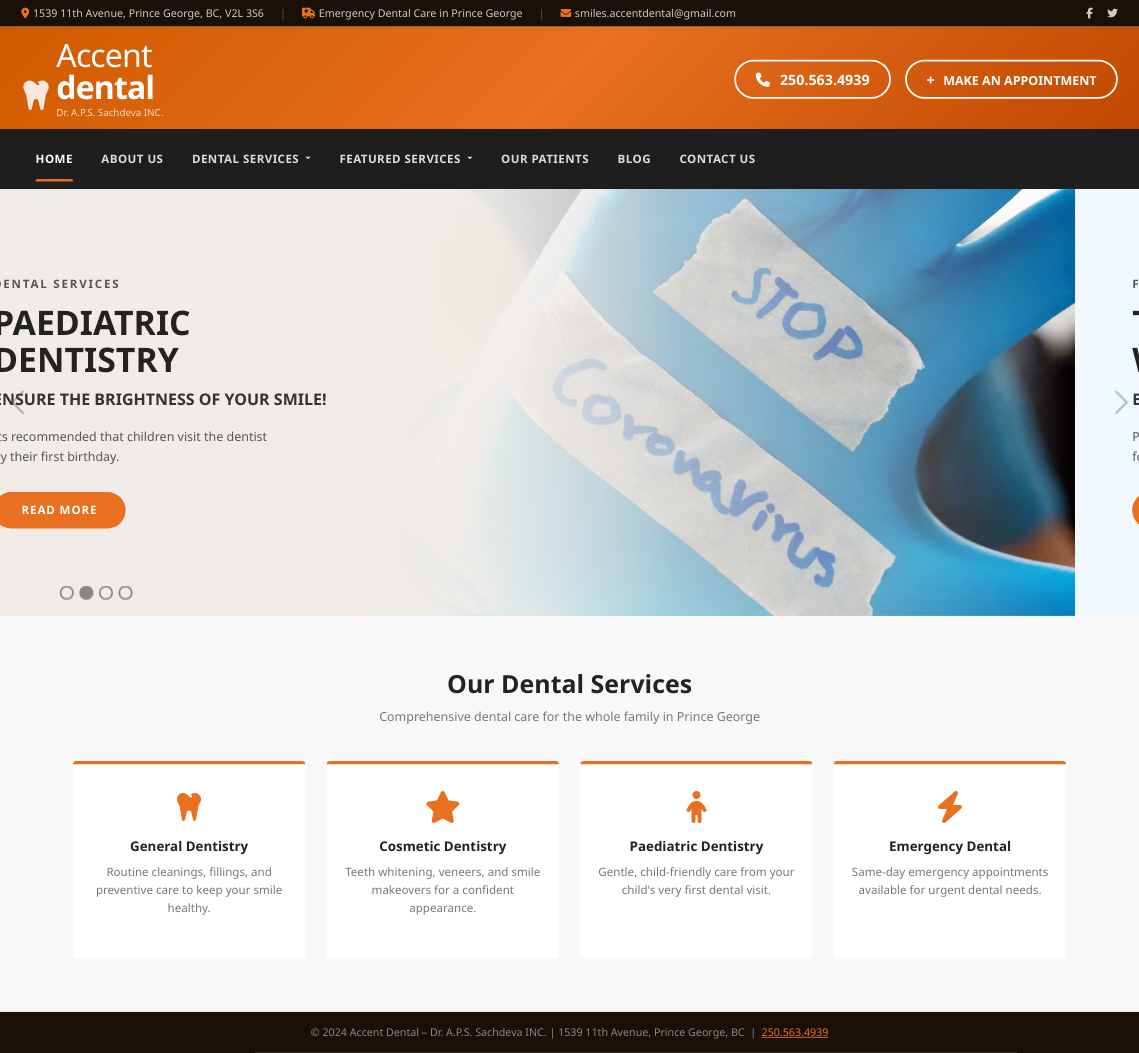
Repository: LaavKush/Dentofy
Page: index.html
An editor plug-in stored every save of this project. The page is shown before and after the next save, followed by the edit.
The browser window is 1280 px wide. The pictures show the whole page, at 89% of full size.

Above is the page before, as saved 2026-06-27 22:17:01.

### index.html
<!DOCTYPE html>
<html lang="en">
<head>
  <meta charset="UTF-8" />
  <meta name="viewport" content="width=device-width, initial-scale=1.0"/>
  <title>Accent Dental – Dr. A.P.S. Sachdeva INC.</title>
  <link rel="stylesheet" href="https://cdnjs.cloudflare.com/ajax/libs/bootstrap/5.3.2/css/bootstrap.min.css"/>
  <link rel="stylesheet" href="https://cdnjs.cloudflare.com/ajax/libs/font-awesome/6.5.0/css/all.min.css"/>
  <link rel="stylesheet" href="assets/css/style.css">
</head>
<body>

<!-- ══════════ TOP BAR ══════════ -->
<div class="top-bar">
  <div class="container-fluid px-3 px-md-4">
    <div class="d-flex align-items-center justify-content-between flex-wrap gap-2">
      <div class="d-flex align-items-center gap-1 flex-wrap">
        <i class="fas fa-location-dot" style="color:#e87020"></i>
        <span>1539 11th Avenue, Prince George, BC, V2L 3S6</span>
        <span class="sep d-none d-md-inline">|</span>
        <i class="fas fa-ambulance d-none d-md-inline" style="color:#e87020"></i>
        <span class="d-none d-md-inline">Emergency Dental Care in Prince George</span>
        <span class="sep d-none d-md-inline">|</span>
        <i class="fas fa-envelope d-none d-md-inline" style="color:#e87020"></i>
        <span class="d-none d-md-inline">smiles.accentdental@gmail.com</span>
      </div>
      <div class="d-flex gap-3">
        <a href="#"><i class="fab fa-facebook-f"></i></a>
        <a href="#"><i class="fab fa-twitter"></i></a>
      </div>
    </div>
  </div>
</div>

<!-- ══════════ MAIN HEADER ══════════ -->
<header class="main-header">
  <div class="container-fluid px-3 px-md-4">
    <div class="d-flex align-items-center justify-content-between flex-wrap gap-3">
      <!-- Logo -->
      <div class="logo-wrap">
        <div class="logo-icon"><i class="fas fa-tooth"></i></div>
        <div>
          <div class="logo-text"><span>Accent</span><br>dental</div>
          <div class="logo-subtitle">Dr. A.P.S. Sachdeva INC.</div>
        </div>
      </div>
      <!-- CTA buttons -->
      <div class="d-flex align-items-center gap-3 flex-wrap">
        <a href="tel:2505634939" class="btn btn-phone"><i class="fas fa-phone"></i> 250.563.4939</a>
        <a href="#" class="btn btn-appt"><span style="font-size:16px;margin-right:6px">+</span> MAKE AN APPOINTMENT</a>
      </div>
    </div>
  </div>
</header>

<!-- ══════════ NAVBAR ══════════ -->
<nav class="main-nav navbar navbar-expand-lg">
  <div class="container-fluid px-3 px-md-4">
    <button class="navbar-toggler" type="button"
      data-bs-toggle="collapse" data-bs-target="#mainMenu"
      aria-controls="mainMenu" aria-expanded="false" aria-label="Toggle navigation">
      <span class="navbar-toggler-icon"></span>
    </button>
    <div class="collapse navbar-collapse" id="mainMenu">
      <ul class="navbar-nav me-auto">
        <li class="nav-item active">
          <a class="nav-link active" href="#">HOME</a>
        </li>
        <li class="nav-item">
          <a class="nav-link" href="#">ABOUT US</a>
        </li>
        <!-- Dental Services dropdown -->
        <li class="nav-item dropdown">
          <a class="nav-link dropdown-toggle" href="#" role="button"
            data-bs-toggle="dropdown" aria-expanded="false">
            DENTAL SERVICES
          </a>
          <ul class="dropdown-menu">
            <li><a class="dropdown-item" href="#">Cleaning & Prevention</a></li>
            <li><a class="dropdown-item" href="#">Restorative Dentistry</a></li>
            <li><a class="dropdown-item" href="#">Cosmetic Dentistry</a></li>
            <li><a class="dropdown-item" href="#">Paediatric Dentistry</a></li>
            <li><a class="dropdown-item" href="#">Periodontal Treatment</a></li>
            <li><a class="dropdown-item" href="#">Oral Surgery</a></li>
            <li><a class="dropdown-item" href="#">Dental Emergencies</a></li>
          </ul>
        </li>
        <!-- Featured Services dropdown -->
        <li class="nav-item dropdown">
          <a class="nav-link dropdown-toggle" href="#" role="button"
            data-bs-toggle="dropdown" aria-expanded="false">
            FEATURED SERVICES
          </a>
          <ul class="dropdown-menu">
            <li><a class="dropdown-item" href="#">3DNG PMMA NIGHTGUARD</a></li>
            <li><a class="dropdown-item" href="#">Teeth Whitening</a></li>
            <li><a class="dropdown-item" href="#">Dental Diamonds</a></li>
            <li><a class="dropdown-item" href="#">Dental Implants</a></li>
            <li><a class="dropdown-item" href="#">Laser Dentistry</a></li>
            <li><a class="dropdown-item" href="#">Veneers</a></li>
            <li><a class="dropdown-item" href="#">Clear Braces</a></li>
            <li><a class="dropdown-item" href="#">BOTOX® Cosmetic Dentistry</a></li>
            <li><a class="dropdown-item" href="#">TMD, Headaches, and Chronic Head &amp; Neck Pain</a></li>
            <li><a class="dropdown-item" href="#">3D Imaging</a></li>
            <li><a class="dropdown-item" href="#">Anesthetic Reversal</a></li>
            <li><a class="dropdown-item" href="#">Diagnodent</a></li>
            <li><a class="dropdown-item" href="#">Invisalign</a></li>
            <li><a class="dropdown-item" href="#">Digital X-rays</a></li>
            <li><a class="dropdown-item" href="#">Sealants</a></li>
          </ul>
        </li>
        <li class="nav-item">
          <a class="nav-link" href="#">OUR PATIENTS</a>
        </li>
        <li class="nav-item">
          <a class="nav-link" href="#">BLOG</a>
        </li>
        <li class="nav-item">
          <a class="nav-link" href="#">CONTACT US</a>
        </li>
      </ul>
    </div>
  </div>
</nav>

<!-- ══════════ HERO SLIDER ══════════ -->
<div id="heroSlider" class="carousel slide" data-bs-ride="carousel" data-bs-interval="5000">
  <!-- Indicators -->
  <div class="carousel-indicators">
    <button type="button" data-bs-target="#heroSlider" data-bs-slide-to="0" class="active"></button>
    <button type="button" data-bs-target="#heroSlider" data-bs-slide-to="1"></button>
    <button type="button" data-bs-target="#heroSlider" data-bs-slide-to="2"></button>
    <button type="button" data-bs-target="#heroSlider" data-bs-slide-to="3"></button>
  </div>

  <div class="carousel-inner">
    <!-- Slide 1 – Paediatric Dentistry -->
    <div class="carousel-item active">
      <div class="slide-item" style="background-image: url('assets/images/slide_01.jpg'); background-size: cover; background-position: center;">
        <div style="position:absolute;inset:0;background:linear-gradient(to right,rgba(240,235,230,.97) 40%,rgba(240,235,230,.5) 65%,transparent 100%);z-index:1;"></div>
        <div class="slide-content">
          <div class="slide-eyebrow">Dental Services</div>
          <div class="slide-title">PAEDIATRIC<br>DENTISTRY</div>
          <div class="slide-subtitle">Ensure the Brightness of Your Smile!</div>
          <p class="slide-desc">Its recommended that children visit the dentist<br>by their first birthday.</p>
          <a href="#" class="btn-read-more">READ MORE</a>
        </div>
      </div>
    </div>

    <!-- Slide 2 – Teeth Whitening -->
    <div class="carousel-item">
      <div class="slide-item" style="background-image: url('assets/images/slide_02.jpg'); background-size: cover; background-position: center;">
        <div style="position:absolute;inset:0;background:linear-gradient(to right,rgba(240,248,255,.97) 40%,rgba(240,248,255,.5) 65%,transparent 100%);z-index:1;"></div>
        <div class="slide-content">
          <div class="slide-eyebrow">Featured Services</div>
          <div class="slide-title">TEETH<br>WHITENING</div>
          <div class="slide-subtitle">Brighten Your Smile Today!</div>
          <p class="slide-desc">Professional teeth whitening treatments<br>for a radiant, confident smile.</p>
          <a href="#" class="btn-read-more">READ MORE</a>
        </div>
      </div>
    </div>

    <!-- Slide 3 – Dental Implants -->
    <div class="carousel-item">
      <div class="slide-item" style="background-image: url('assets/images/slide_03.jpg'); background-size: cover; background-position: center;">
        <div style="position:absolute;inset:0;background:linear-gradient(to right,rgba(240,245,238,.97) 40%,rgba(240,245,238,.5) 65%,transparent 100%);z-index:1;"></div>
        <div class="slide-content">
          <div class="slide-eyebrow">Advanced Care</div>
          <div class="slide-title">DENTAL<br>IMPLANTS</div>
          <div class="slide-subtitle">Restore Your Natural Smile!</div>
          <p class="slide-desc">State-of-the-art dental implants that look,<br>feel, and function like natural teeth.</p>
          <a href="#" class="btn-read-more">READ MORE</a>
        </div>
      </div>
    </div>

    <!-- Slide 4 – Invisalign -->
    <div class="carousel-item">
      <!-- Using slide_01.jpg here as a placeholder since you have 3 image files -->
      <div class="slide-item" style="background-image: url('assets/images/slide_01.jpg'); background-size: cover; background-position: center;">
        <div style="position:absolute;inset:0;background:linear-gradient(to right,rgba(255,245,235,.97) 40%,rgba(255,245,235,.5) 65%,transparent 100%);z-index:1;"></div>
        <div class="slide-content">
          <div class="slide-eyebrow">Cosmetic Dentistry</div>
          <div class="slide-title">INVISALIGN<br>CLEAR BRACES</div>
          <div class="slide-subtitle">Straighten Teeth Invisibly!</div>
          <p class="slide-desc">Achieve your perfect smile with virtually<br>invisible, comfortable aligners.</p>
          <a href="#" class="btn-read-more">READ MORE</a>
        </div>
      </div>
    </div>
  </div>

  <!-- Controls -->
  <button class="carousel-control-prev" type="button" data-bs-target="#heroSlider" data-bs-slide="prev">
    <span class="carousel-control-prev-icon"></span>
  </button>
  <button class="carousel-control-next" type="button" data-bs-target="#heroSlider" data-bs-slide="next">
    <span class="carousel-control-next-icon"></span>
  </button>
</div>
<!-- ══════════ SERVICES SECTION ══════════ -->
<section class="services-section">
  <div class="container">
    <div class="text-center">
      <h2>Our Dental Services</h2>
      <p class="lead">Comprehensive dental care for the whole family in Prince George</p>
    </div>
    <div class="row g-4">
      <div class="col-sm-6 col-lg-3">
        <div class="service-card">
          <i class="fas fa-tooth"></i>
          <h5>General Dentistry</h5>
          <p>Routine cleanings, fillings, and preventive care to keep your smile healthy.</p>
        </div>
      </div>
      <div class="col-sm-6 col-lg-3">
        <div class="service-card">
          <i class="fas fa-star"></i>
          <h5>Cosmetic Dentistry</h5>
          <p>Teeth whitening, veneers, and smile makeovers for a confident appearance.</p>
        </div>
      </div>
      <div class="col-sm-6 col-lg-3">
        <div class="service-card">
          <i class="fas fa-child"></i>
          <h5>Paediatric Dentistry</h5>
          <p>Gentle, child-friendly care from your child's very first dental visit.</p>
        </div>
      </div>
      <div class="col-sm-6 col-lg-3">
        <div class="service-card">
          <i class="fas fa-bolt"></i>
          <h5>Emergency Dental</h5>
          <p>Same-day emergency appointments available for urgent dental needs.</p>
        </div>
      </div>
    </div>
  </div>
</section>

<!-- ══════════ FOOTER STRIP ══════════ -->
<footer class="footer-strip">
  © 2024 Accent Dental – Dr. A.P.S. Sachdeva INC. | 1539 11th Avenue, Prince George, BC &nbsp;|&nbsp;
  <a href="tel:2505634939" style="color:#e87020">250.563.4939</a>
</footer>

<script src="https://cdnjs.cloudflare.com/ajax/libs/bootstrap/5.3.2/js/bootstrap.bundle.min.js"></script>
</body>
</html>

### assets/css/style.css
 * { margin: 0; padding: 0; box-sizing: border-box; }
    body { font-family: 'Segoe UI', Arial, sans-serif; }

    /* ── TOP BAR ── */
    .top-bar {
      background: #1a1008;
      color: #ccc;
      font-size: 12px;
      padding: 6px 0;
    }
    .top-bar a { color: #ccc; text-decoration: none; }
    .top-bar a:hover { color: #fff; }
    .top-bar .sep { margin: 0 14px; opacity: .4; }

    /* ── HEADER ── */
    .main-header {
      background: linear-gradient(135deg, #d05a00 0%, #e87020 50%, #c04800 100%);
      padding: 14px 0 10px;
    }
    .logo-wrap { display: flex; align-items: flex-end; gap: 6px; }
    .logo-text { font-size: 36px; font-weight: 700; color: #fff; letter-spacing: -1px; line-height: 1; }
    .logo-text span { font-weight: 300; }
    .logo-subtitle { font-size: 11px; color: rgba(255,255,255,.75); margin-top: 2px; }
    .logo-icon { font-size: 38px; color: #fff; opacity: .85; }
    .btn-phone {
      border: 2px solid #fff;
      color: #fff;
      background: transparent;
      border-radius: 30px;
      padding: 8px 22px;
      font-size: 16px;
      font-weight: 600;
      white-space: nowrap;
    }
    .btn-phone i { margin-right: 7px; }
    .btn-phone:hover { background: #fff; color: #d05a00; }
    .btn-appt {
      background: transparent;
      border: 2px solid #fff;
      color: #fff;
      border-radius: 30px;
      padding: 8px 22px;
      font-size: 14px;
      font-weight: 600;
      white-space: nowrap;
    }
    .btn-appt:hover { background: #fff; color: #d05a00; }

    /* ── NAVBAR ── */
.main-nav {
  background: #1e1e1e;
  position: sticky;
  top: 0;
  z-index: 999;
}
.main-nav .navbar-nav .nav-link {
  color: #ddd !important;
  font-size: 13px;
  font-weight: 600;
  letter-spacing: .5px;
  text-transform: uppercase;
  padding: 16px 16px !important;
  position: relative;
}
.main-nav .navbar-nav .nav-link:hover,
.main-nav .navbar-nav .nav-link.active {
  color: #fff !important;
}
.main-nav .navbar-nav .nav-item.active > .nav-link::after {
  content: '';
  position: absolute;
  bottom: 0; left: 16px; right: 16px;
  height: 3px;
  background: #e87020;
  border-radius: 2px 2px 0 0;
}

/* ── DROPDOWN HOVER EFFECT ── */
/* Targets desktop screens to display the dropdown automatically on hover */
@media (min-width: 992px) {
  .main-nav .navbar-nav .nav-item.dropdown:hover > .dropdown-menu {
    display: block;
    opacity: 1;
    visibility: visible;
    margin-top: 0; /* Ensures smooth transition with no blank gaps */
  }
}

/* dropdown styles */
.main-nav .dropdown-menu {
  background: #e87020;
  border: none;
  border-radius: 0;
  padding: 10px 0;
  min-width: 280px;
  margin-top: 0;
}
.main-nav .dropdown-item {
  color: #fff;
  font-size: 13.5px;
  padding: 8px 24px;
}
.main-nav .dropdown-item:hover {
  background: rgba(0,0,0,.15);
  color: #fff;
}
.main-nav .dropdown-item::before {
  content: '• ';
  margin-right: 4px;
}
.navbar-toggler {
  border-color: rgba(255,255,255,.5);
}
.navbar-toggler-icon {
  filter: invert(1);
}

    /* ── SLIDER ── */
    #heroSlider { position: relative; }
    .slide-item {
      height: 480px;
      position: relative;
      overflow: hidden;
    }
    .slide-bg {
      width: 100%; height: 100%;
      object-fit: cover;
      object-position: center top;
    }
    /* gradient overlay on left side */
    .slide-item::before {
      content: '';
      position: absolute; inset: 0;
      background: linear-gradient(to right, rgba(255,255,255,.92) 38%, rgba(255,255,255,.3) 65%, transparent 100%);
      z-index: 1;
    }
    .slide-content {
      position: absolute;
      top: 50%; left: 5%;
      transform: translateY(-50%);
      z-index: 2;
      max-width: 480px;
    }
    .slide-eyebrow {
      font-size: 13px;
      font-weight: 600;
      letter-spacing: 2px;
      text-transform: uppercase;
      color: #555;
      margin-bottom: 12px;
    }
    .slide-title {
      font-size: 38px;
      font-weight: 900;
      color: #222;
      line-height: 1.1;
      margin-bottom: 10px;
    }
    .slide-subtitle {
      font-size: 18px;
      font-weight: 600;
      color: #333;
      text-transform: uppercase;
      margin-bottom: 18px;
    }
    .slide-desc {
      font-size: 14px;
      color: #555;
      margin-bottom: 28px;
      line-height: 1.6;
    }
    .btn-read-more {
      background: #e87020;
      color: #fff;
      border: none;
      border-radius: 30px;
      padding: 11px 32px;
      font-size: 13px;
      font-weight: 700;
      letter-spacing: 1px;
      text-transform: uppercase;
      text-decoration: none;
      display: inline-block;
    }
    .btn-read-more:hover { background: #c05a00; color: #fff; }

    /* carousel indicators custom */
    #heroSlider .carousel-indicators {
      bottom: 18px;
      justify-content: flex-start;
      left: 5%;
      margin: 0;
    }
    #heroSlider .carousel-indicators [data-bs-target] {
      width: 12px; height: 12px;
      border-radius: 50%;
      border: 2px solid #888;
      background: transparent;
      opacity: 1;
    }
    #heroSlider .carousel-indicators .active {
      background: #888;
    }

    /* carousel controls */
    .carousel-control-prev, .carousel-control-next {
      width: 40px;
    }
    .carousel-control-prev-icon,
    .carousel-control-next-icon {
      filter: invert(0) sepia(1) saturate(0) brightness(.4);
    }

    /* ── PLACEHOLDER images using CSS gradients ── */
    .slide-img-1 {
      background: linear-gradient(120deg, #e8d5c0 0%, #f5e8da 40%, #faf0e8 60%, #e8c8b0 100%);
    }
    .slide-img-2 {
      background: linear-gradient(120deg, #dce8f0 0%, #eaf4fa 50%, #d0e0ea 100%);
    }
    .slide-img-3 {
      background: linear-gradient(120deg, #e0ead8 0%, #f0f5ec 50%, #d8e8d0 100%);
    }
    /* Tooth/smile graphic for slide 1 */
    .smile-graphic {
      position: absolute;
      right: 0; top: 0; bottom: 0;
      width: 55%;
      background: linear-gradient(130deg, #fce8d8 0%, #f9dbc8 30%, #f0c8a8 70%, #e8b898 100%);
      clip-path: ellipse(90% 100% at 90% 50%);
      z-index: 0;
      display: flex;
      align-items: center;
      justify-content: center;
      overflow: hidden;
    }
    .smile-graphic::after {
      content: '😁';
      font-size: 180px;
      opacity: .18;
      transform: scaleX(-1);
    }

    /* ── FOOTER strip (minimal) ── */
    .footer-strip {
      background: #1a1008;
      color: #888;
      font-size: 12px;
      text-align: center;
      padding: 14px;
    }

    /* ── SERVICES SECTION ── */
    .services-section { padding: 60px 0; background: #f8f8f8; }
    .services-section h2 { font-size: 28px; font-weight: 800; color: #222; margin-bottom: 8px; }
    .services-section .lead { color: #777; font-size: 14px; margin-bottom: 40px; }
    .service-card {
      background: #fff;
      border-radius: 4px;
      padding: 30px 20px;
      text-align: center;
      border-top: 4px solid #e87020;
      transition: box-shadow .2s;
      height: 100%;
    }
    .service-card:hover { box-shadow: 0 8px 24px rgba(0,0,0,.1); }
    .service-card i { font-size: 36px; color: #e87020; margin-bottom: 16px; }
    .service-card h5 { font-size: 15px; font-weight: 700; color: #222; margin-bottom: 10px; }
    .service-card p { font-size: 13px; color: #777; line-height: 1.6; }

    /* responsive */
    @media (max-width: 767px) {
      .slide-item { height: 360px; }
      .slide-title { font-size: 26px; }
      .slide-subtitle { font-size: 14px; }
      .main-nav .dropdown-menu { background: #333; }
      .smile-graphic { width: 45%; }
    }
    @media (max-width: 575px) {
      .top-bar .d-flex { flex-wrap: wrap; gap: 4px; }
      .slide-item { height: 300px; }
      .slide-content { left: 4%; }
      .slide-title { font-size: 22px; }
    }

After the next save:
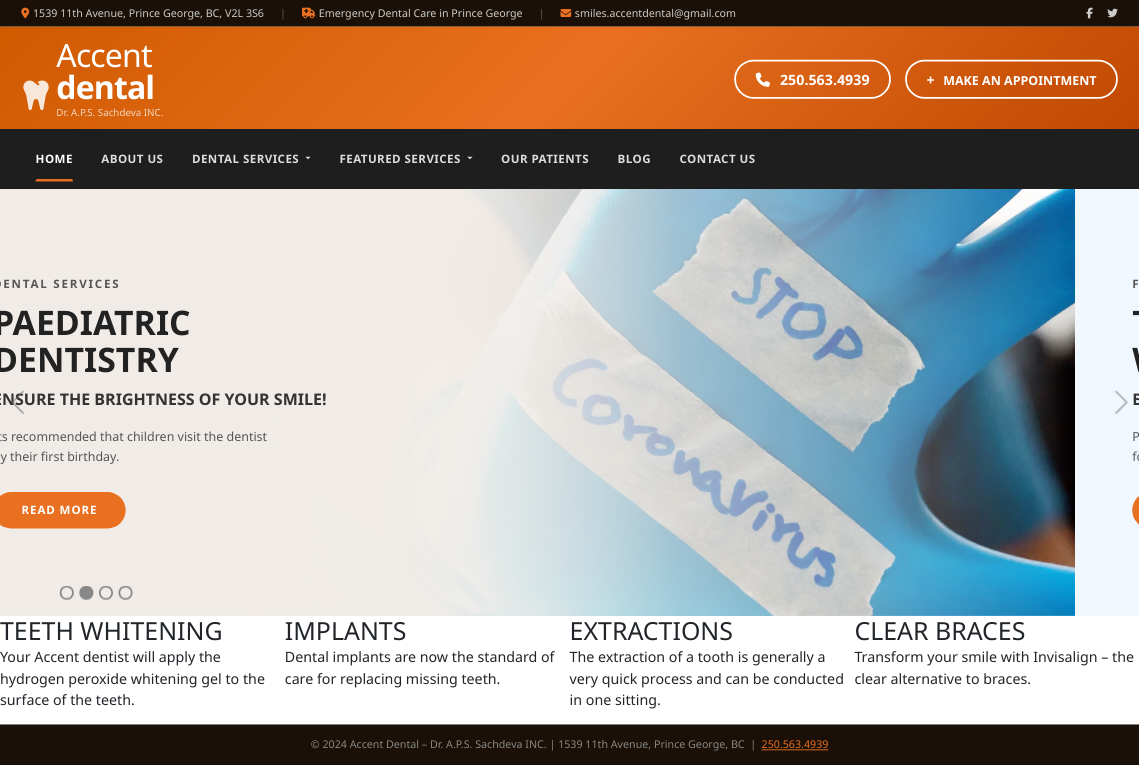
Saved 102 s later.
--- a/index.html
+++ b/index.html
@@ -201,41 +201,50 @@
   </button>
 </div>
 <!-- ══════════ SERVICES SECTION ══════════ -->
-<section class="services-section">
-  <div class="container">
-    <div class="text-center">
-      <h2>Our Dental Services</h2>
-      <p class="lead">Comprehensive dental care for the whole family in Prince George</p>
-    </div>
-    <div class="row g-4">
-      <div class="col-sm-6 col-lg-3">
-        <div class="service-card">
-          <i class="fas fa-tooth"></i>
-          <h5>General Dentistry</h5>
-          <p>Routine cleanings, fillings, and preventive care to keep your smile healthy.</p>
-        </div>
-      </div>
-      <div class="col-sm-6 col-lg-3">
-        <div class="service-card">
-          <i class="fas fa-star"></i>
-          <h5>Cosmetic Dentistry</h5>
-          <p>Teeth whitening, veneers, and smile makeovers for a confident appearance.</p>
-        </div>
-      </div>
-      <div class="col-sm-6 col-lg-3">
-        <div class="service-card">
-          <i class="fas fa-child"></i>
-          <h5>Paediatric Dentistry</h5>
-          <p>Gentle, child-friendly care from your child's very first dental visit.</p>
-        </div>
-      </div>
-      <div class="col-sm-6 col-lg-3">
-        <div class="service-card">
-          <i class="fas fa-bolt"></i>
-          <h5>Emergency Dental</h5>
-          <p>Same-day emergency appointments available for urgent dental needs.</p>
-        </div>
-      </div>
+<section class="feature-cards-section">
+  <div class="container-fluid p-0">
+    <div class="row g-0 align-items-stretch">
+
+      <div class="col-xl-3 col-md-6">
+        <div class="feature-card card-dark-orange">
+          <div class="card-icon">
+            <i class="bi bi-brightness-high"></i>
+          </div>
+          <h3 class="card-title">TEETH WHITENING</h3>
+          <p class="card-desc">Your Accent dentist will apply the hydrogen peroxide whitening gel to the surface of the teeth.</p>
+        </div>
+      </div>
+
+      <div class="col-xl-3 col-md-6">
+        <div class="feature-card card-medium-orange">
+          <div class="card-icon">
+            <i class="bi bi-capsule"></i>
+          </div>
+          <h3 class="card-title">IMPLANTS</h3>
+          <p class="card-desc">Dental implants are now the standard of care for replacing missing teeth.</p>
+        </div>
+      </div>
+
+      <div class="col-xl-3 col-md-6">
+        <div class="feature-card card-bright-orange card-pop">
+          <div class="card-icon">
+            <i class="bi bi-scissors"></i>
+          </div>
+          <h3 class="card-title">EXTRACTIONS</h3>
+          <p class="card-desc">The extraction of a tooth is generally a very quick process and can be conducted in one sitting.</p>
+        </div>
+      </div>
+
+      <div class="col-xl-3 col-md-6">
+        <div class="feature-card card-light-orange">
+          <div class="card-icon">
+            <i class="bi bi-shield-check"></i>
+          </div>
+          <h3 class="card-title">CLEAR BRACES</h3>
+          <p class="card-desc">Transform your smile with Invisalign – the clear alternative to braces.</p>
+        </div>
+      </div>
+
     </div>
   </div>
 </section>
